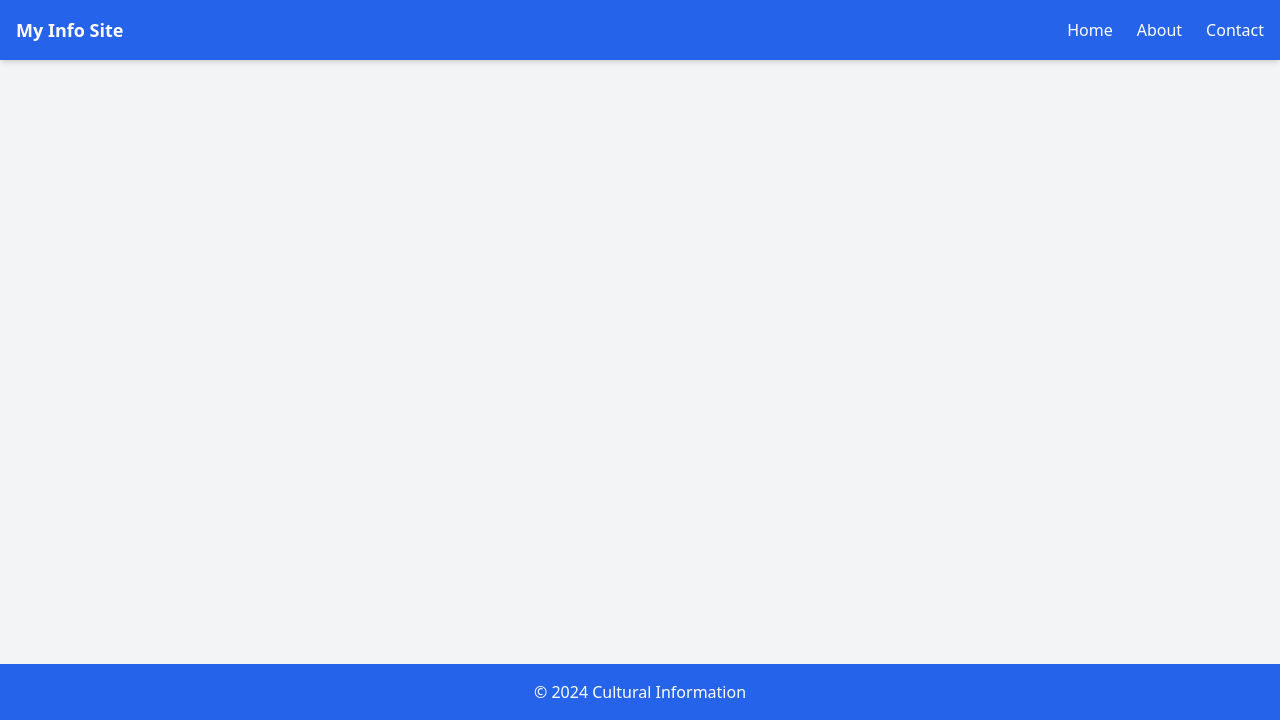
Repository: SmanSayeed/culture
Page: /
An editor plug-in stored every save of this project. The page is shown before and after a run of saves, followed by the edit.
The browser window is 1280 px wide. The pictures show the whole page.
The project was rebuilt for these pictures with package versions that can differ from the ones it lists, and the page was loaded fresh each time. The framework's server and built-in components were replaced by stand-ins that run in the browser. Also part of the build but not shown: next.config.ts, vite.config.ts.

Above is the page before, as saved 2024-10-30 14:48:16.

### src/app/layout.tsx
import type { Metadata } from "next";
import localFont from "next/font/local";
import "./globals.css";
import Layout from "@/components/Layout/Layout";

const geistSans = localFont({
  src: "./fonts/GeistVF.woff",
  variable: "--font-geist-sans",
  weight: "100 900",
});
const geistMono = localFont({
  src: "./fonts/GeistMonoVF.woff",
  variable: "--font-geist-mono",
  weight: "100 900",
});

export const metadata: Metadata = {
  title: "Create Next App",
  description: "Generated by create next app",
};

export default function RootLayout({
  children,
}: Readonly<{
  children: React.ReactNode;
}>) {
  return (
    <html lang="en">
      <body
        className={`${geistSans.variable} ${geistMono.variable} antialiased`}
      >
        <Layout>
        {children}
        </Layout>

      </body>
    </html>
  );
}

### src/components/Layout/Layout.tsx
'use client'
import React, { useState } from 'react';

import Footer from './Footer';
import Header from './Header';

interface LayoutProps {
  children: React.ReactNode;
}

const Layout: React.FC<LayoutProps> = ({ children }) => {

  return (
    <div className="flex flex-col min-h-screen bg-gray-100 text-gray-900">
     <Header/>

      {/* Main Content */}
      <main className="flex-grow container mx-auto px-4 py-8">{children}</main>
<Footer/>
    </div>
  );
};

export default Layout;

### src/components/Layout/Footer.tsx
import { siteInfo } from '@/utils/siteInfo'
import React from 'react'

type Props = {}

export default function Footer({}: Props) {
  return (
    <>
      {/* Footer */}
      <footer className="bg-blue-600 text-white py-4 text-center">
        <p>&copy; {new Date().getFullYear()} {siteInfo.siteTitle}</p>
      </footer>
    </>
  )
}

### src/components/Layout/Header.tsx
'use client'
import React, { useState } from 'react'
import Link from 'next/link';
type Props = {}

export default function Header({}: Props) {

  const [drawerOpen, setDrawerOpen] = useState(false);
  return (
    <>
         {/* Header */}
      <header className="bg-blue-600 text-white shadow-md">
        <div className="container mx-auto px-4 py-4 flex justify-between items-center">
          <h1 className="text-lg font-semibold">My Info Site</h1>

          {/* Navigation for Desktop */}
          <nav className="hidden md:flex space-x-6">
            <Link href="/" className="hover:text-blue-300">Home</Link>
            <Link href="/about" className="hover:text-blue-300">About</Link>
            <Link href="/contact" className="hover:text-blue-300">Contact</Link>
          </nav>

          {/* Hamburger Menu for Mobile */}
          <button
            className="md:hidden text-white focus:outline-none"
            onClick={() => setDrawerOpen(true)}
          >
            <svg
              className="w-6 h-6"
              fill="none"
              stroke="currentColor"
              viewBox="0 0 24 24"
              xmlns="http://www.w3.org/2000/svg"
            >
              <path strokeLinecap="round" strokeLinejoin="round" strokeWidth={2} d="M4 6h16M4 12h16M4 18h16" />
            </svg>
          </button>
        </div>
      </header>

      {/* Side Drawer for Mobile */}
      <div
        className={`fixed inset-0 bg-gray-800 bg-opacity-50 z-10 transition-opacity ${
          drawerOpen ? 'opacity-100 pointer-events-auto' : 'opacity-0 pointer-events-none'
        }`}
        onClick={() => setDrawerOpen(false)}
      ></div>
      <div
        className={`fixed top-0 left-0 h-full bg-white w-64 z-20 transform transition-transform ${
          drawerOpen ? 'translate-x-0' : '-translate-x-full'
        }`}
      >
        <div className="flex justify-between items-center px-4 py-4 bg-blue-600 text-white">
          <h2 className="text-lg font-semibold">Menu</h2>
          <button
            className="text-white focus:outline-none"
            onClick={() => setDrawerOpen(false)}
          >
            <svg
              className="w-6 h-6"
              fill="none"
              stroke="currentColor"
              viewBox="0 0 24 24"
              xmlns="http://www.w3.org/2000/svg"
            >
              <path strokeLinecap="round" strokeLinejoin="round" strokeWidth={2} d="M6 18L18 6M6 6l12 12" />
            </svg>
          </button>
        </div>
        <nav className="flex flex-col p-4 space-y-4">
          <Link href="/" className="hover:bg-gray-100 p-2 rounded" onClick={() => setDrawerOpen(false)}>Home</Link>
          <Link href="/about" className="hover:bg-gray-100 p-2 rounded" onClick={() => setDrawerOpen(false)}>About</Link>
          <Link href="/contact" className="hover:bg-gray-100 p-2 rounded" onClick={() => setDrawerOpen(false)}>Contact</Link>
        </nav>
      </div>
    </>
  )
}

### src/utils/siteInfo.ts
export const siteInfo={
    siteTitle:"Cultural Information",
}

Loaded but not shown: src/app/page.tsx (common file); src/app/globals.css (common file); tailwind.config.ts (common file)

After the next 4 saves:
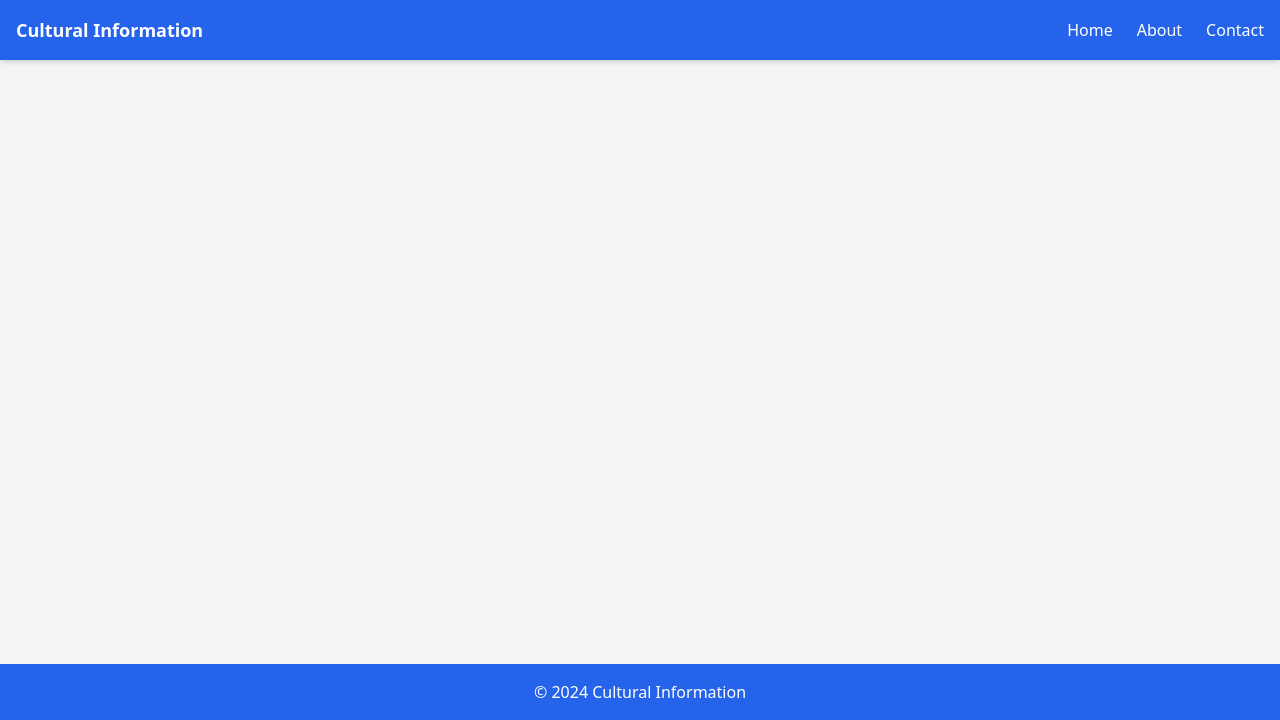
The 4 saves are shown as one change because they came seconds apart.
The last was saved 20 s later.
--- a/src/components/Layout/Header.tsx
+++ b/src/components/Layout/Header.tsx
@@ -1,6 +1,7 @@
 'use client'
 import React, { useState } from 'react'
 import Link from 'next/link';
+import { siteInfo } from '@/utils/siteInfo';
 type Props = {}
 
 export default function Header({}: Props) {
@@ -11,7 +12,7 @@ export default function Header({}: Props) {
          {/* Header */}
       <header className="bg-blue-600 text-white shadow-md">
         <div className="container mx-auto px-4 py-4 flex justify-between items-center">
-          <h1 className="text-lg font-semibold">My Info Site</h1>
+          <h1 className="text-lg font-semibold">{siteInfo.siteTitle}</h1>
 
           {/* Navigation for Desktop */}
           <nav className="hidden md:flex space-x-6">
